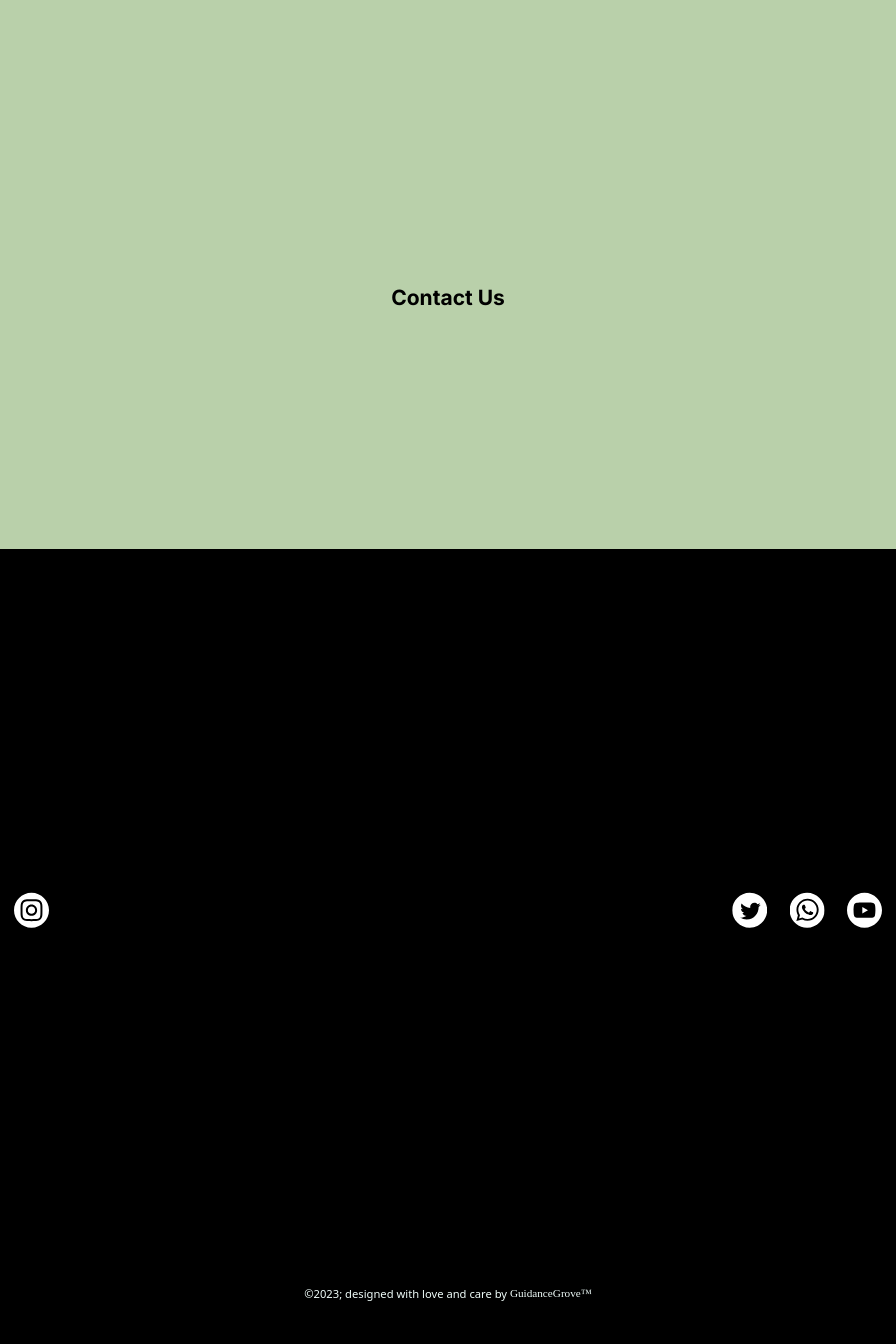
Repository: PositiveGuy/GuidanceGrove
Page: /
These files come from the project's save history. The page is drawn as it stood at one moment and after the next save; the edit follows.
The browser window is 1280 px wide. The pictures show the part of the page from y = 2816 to 4736 px (the page is 4736 px tall before and 3834 px after), at 70% of full size.
The project was rebuilt for these pictures with package versions that can differ from the ones it lists, and the page was loaded fresh each time. The framework's server and built-in components were replaced by stand-ins that run in the browser. Also part of the build but not shown: next.config.js.

Above is the page before, as saved 2023-12-28 12:01:27.

### src/app/layout.tsx
import React from 'react';
import Header from '../components/header';
import Footer from '../components/footer';
import { Inter } from 'next/font/google';
import './globals.css';
import { ThemeContextProvider } from '@/context/ThemeContext';
import ThemeProvider from '@/providers/ThemeProvider';
import ThemeWrapper from '@/components/ThemeWrapper';

//font
const inter = Inter({ subsets: ['latin'] });



//header and footer layout
const RootLayout = ({ children }: { children: React.ReactNode }) => {
  return (
    <html lang='en'>
      <body>
        <ThemeContextProvider>
          <ThemeProvider>
            <Header />
            <ThemeWrapper>
              <main className={inter.className}>{children}</main>
            </ThemeWrapper>
            <Footer />
          </ThemeProvider>
        </ThemeContextProvider>
      </body>
    </html>
  );
};

export default RootLayout;

### src/app/page.tsx
import React from 'react';
//components import
import BelieveSection from '../components/BelieveSection';
import ServicesSection from '../components/ServicesSection';
import TestimonialsSection from '../components/TestimonialsSection';
import CallToActionSection from '../components/CallToActionSection';
import ContactSection from '../components/ContactSection';


//page layout
const Page = () => {
  return (
    <>
      <BelieveSection />
      <ServicesSection />
      <TestimonialsSection />
      <CallToActionSection />
      <ContactSection />
    </>
  );
};

export default Page;

### src/components/header.tsx
"use client"
import ThemeToggle from "./ThemeToggle";


const Header = () => {
  return (
    <nav className="fixed z-50 w-full flex justify-between items-center p-5 bg-black">
      {/* Left Side: Logo and GuidanceGrove™ */}
      <div className="flex items-center space-x-3">
        <img src="/Logo/guidance-grove-logo.png" alt="Guidance Grove Logo" className="h-12 w-12 rounded-full" />
        <div className="text-xl font-caveat font-bold text-white">
          GuidanceGrove™
        </div>
      </div>

      {/* Center: Navigation Links */}
      <div>
        <ul className="flex space-x-4">
          <li><a href="/" className="text-neutral-400 hover:text-white">Home</a></li>
          <li><a href="/about" className="text-neutral-400 hover:text-white">About</a></li>
          <li><a href="/services" className="text-neutral-400 hover:text-white">Services</a></li>
          <li><a href="/contact" className="text-neutral-400 hover:text-white">Contact</a></li>
        </ul>
      </div>

      {/* Right Side: Placeholders for Language, Search, and Dark Mode Toggle */}
      <div className="flex items-center space-x-3">
        <div className="text-white">Language</div>
        <div className="text-white">Search</div>
        <ThemeToggle />
      </div>
    </nav>
  );
};

export default Header;

### src/components/footer.tsx
"use client"
import { ThemeContext } from "@/context/ThemeContext";
import Image from "next/image";
import { useContext } from "react";
import Fb from "../../public/SVGs/fb";

const Footer = () => {
  const { theme } = useContext(ThemeContext)
  return (
    <footer className={`p-5 bg-black shadow-inner text-center  `}>
      <div className={`flex justify-center space-x-8 mt-10 `}>
        {/* Placeholder for social icons */}
        <Image src={"/SVGs/ig.svg"} width={50} height={50} alt="ig"></Image>
        <Fb />
        <Image src={"/SVGs/tw.svg"} width={50} height={50} alt="tw"></Image>
        <Image src={"/SVGs/wa.svg"} width={50} height={50} alt="wa"></Image>
        <Image src={"/SVGs/yt.svg"} width={50} height={50} alt="in"></Image>
      </div>

      <div className="flex justify-center space-x-1 mb-10 text-teal-50">
        <div className="mt-20">
          ©2023; designed with love and care by
        </div>
        <div className="mt-20 font-caveat">
          GuidanceGrove™
        </div>
      </div>
    </footer>
  );
};
//make GuidanceGrove in font Caveat
export default Footer;

### src/app/globals.css
@tailwind base;
@tailwind components;
@tailwind utilities;

:root {
  --foreground-rgb: 0, 0, 0;
  --background-start-rgb: 214, 219, 220;
  --background-end-rgb: 255, 255, 255;
}

@media (prefers-color-scheme: dark) {
  :root {
    --foreground-rgb: 255, 255, 255;
    --background-start-rgb: 0, 0, 0;
    --background-end-rgb: 0, 0, 0;
  }
}

body {
  color: rgb(var(--foreground-rgb));
  background: linear-gradient(
      to bottom,
      transparent,
      rgb(var(--background-end-rgb))
    )
    rgb(var(--background-start-rgb));
}

.custom-shadow {
    box-shadow: 0 2px 4px rgba(0, 0, 0, 0.2);
}

### src/context/ThemeContext.tsx
"use client"
import { createContext, useState, ReactNode, useEffect } from "react"

interface ChildrenProps {
    children: ReactNode
}

interface ThemeContextType {
    theme: string
    toggle: () => void
}

// This component is responsible to registering and remembering what theme was chosen by the user
// we use local storage for that
export const ThemeContext = createContext<ThemeContextType>({
    theme: "light",
    toggle: () => { },
})

function getFromLocalStorage() {
    if (typeof window === "undefined") {
        return "light";
    }
    const storedTheme = localStorage.getItem("theme");
    console.log("Initial theme from localStorage:", storedTheme); // Debug log
    return storedTheme || "light";
}


export const ThemeContextProvider = ({ children }: ChildrenProps) => {
    const [theme, setTheme] = useState<string>(getFromLocalStorage)

    // since next.js uses server side rendering, we must specify if the transition to client is completed
    const toggle = () => {
        setTheme(prevTheme => prevTheme === "light" ? "dark" : "light");
    };



    useEffect(() => {
        console.log("Updating theme in localStorage to:", theme); // Debug log
        localStorage.setItem("theme", theme);
    }, [theme]);



    return <ThemeContext.Provider value={{ theme, toggle }}>{children}</ThemeContext.Provider>
}

### src/providers/ThemeProvider.tsx
"use client"

import { ThemeContext } from "@/context/ThemeContext"
import { useState, useEffect, useContext, ReactNode } from "react"


interface ChildrenProps {
    children: ReactNode
}

// this component is created to keep the layout/page as server side rendered.
// useContext() requires you to have "use client"

export default function ThemeProvider({ children }: ChildrenProps) {
    const { theme } = useContext(ThemeContext)
    const [mounted, setMounted] = useState(false)

    useEffect(() => {
        setMounted(true)
    }, [])

    if (mounted) {
        return <div className={theme}>{children}</div>
    }
    return <div className={theme}>{children}</div>
}

### src/components/ThemeWrapper.tsx
"use client"
import React, { useContext } from 'react';
import { ThemeContext } from '@/context/ThemeContext';

const ThemeWrapper = ({ children }: { children: React.ReactNode }) => {
    const { theme } = useContext(ThemeContext);

    return (
        <div className={`${theme === "light" ? " bg-sage text-black" : "bg-gray-700 text-slate-400"}`}>
            {children}
        </div>
    );
};

export default ThemeWrapper;

### src/components/BelieveSection.tsx
"use client"
import { ThemeContext } from "@/context/ThemeContext";
import { useContext } from "react";

const BelieveSection = () => {
  const { theme } = useContext(ThemeContext)
  return (
    <div id="believe" className={`h-screen flex items-center justify-center`}>
      <div className="text-center">
        <h2 className="text-3xl font-bold">What We Believe</h2>
        <p className="mt-4">At Guidance Grove, we are dedicated to illuminating the path of learning for every student.
          We believe that education is a journey best navigated with support, understanding, and personalized guidance.
          Our mission is to provide a nurturing environment where learners of all ages and backgrounds
          can discover their potential, overcome challenges, and achieve their academic goals.
          Through a combination of expert tutoring, mentorship, and a commitment to individual growth,
          we strive to empower students to take confident steps towards their future,
          fostering lifelong learners who are equipped to navigate the world with knowledge and curiosity.</p>
      </div>
    </div>
  );
};

export default BelieveSection;

### src/components/ServicesSection.tsx
"use client"
import { ThemeContext } from "@/context/ThemeContext";
import { useContext } from "react";

const ServicesSection = () => {
  const { theme } = useContext(ThemeContext)
  return (
    <div id="services" className={`h-screen flex items-center justify-center  `}>
      <div className="text-center">
        <h2 className="text-3xl font-bold">What We Do</h2>
        {/* Add service details here */}
      </div>
    </div>
  );
};

export default ServicesSection;

### src/components/TestimonialsSection.tsx
"use client"
import { ThemeContext } from "@/context/ThemeContext";
import { useContext } from "react";

const TestimonialsSection = () => {
  const { theme } = useContext(ThemeContext)
  return (
    <div id="testimonials" className={`h-screen flex items-center justify-center   `}>
      <div className="text-center">
        <h2 className="text-3xl font-bold">What People Say</h2>
        {/* Add testimonials here */}
      </div>
    </div>
  );
};

export default TestimonialsSection;

### src/components/CallToActionSection.tsx
"use client"
import { ThemeContext } from "@/context/ThemeContext";
import { useContext } from "react";

const CallToActionSection = () => {
  const { theme } = useContext(ThemeContext)
  return (
    <div id="cta" className={`h-screen flex items-center justify-center  `}>
      <div className="container mx-auto px-4 sm:px-6 lg:px-8">
        <div className="flex flex-wrap -mx-4 items-center">
          <div className="text-left lg:w-1/2 px-4 mb-4 lg:mb-0">
            <h2 className="text-5xl font-bold">Payments tool for software companies</h2>
            <p className="mt-2 text-lg">From checkout to global sales tax compliance, companies around the world use Flowbite to simplify their payment stack.</p>
            <button className="mt-4 bg-blue-500 text-white py-2 px-4 rounded hover:bg-blue-700">
              Get started ➤
            </button>
          </div>
          <div className="lg:w-1/2 px-4 flex justify-center lg:justify-end">
            <img src="DALLE/career.png" alt="Software Payment Tool" className="object-contain lg:object-cover h-80 w-full lg:w-auto rounded-lg shadow-lg" />
          </div>
        </div>
      </div>
    </div>
  );
};

export default CallToActionSection;

### src/components/ContactSection.tsx
"use client"
import { ThemeContext } from "@/context/ThemeContext";
import { useContext } from "react";

const ContactSection = () => {
  const { theme } = useContext(ThemeContext)
  return (
    <div id="contact" className={`h-screen flex items-center justify-center  `}>
      <div className="text-center">
        <h2 className="text-3xl font-bold">Contact Us</h2>
        {/* Add contact form or information here */}
      </div>
    </div>
  );
};

export default ContactSection;

### src/components/ThemeToggle.tsx
"use client"
import { useContext } from 'react'
import { Switch } from '@headlessui/react'
import { ThemeContext } from '@/context/ThemeContext'

export default function Example() {
    const { toggle, theme } = useContext(ThemeContext)

    // Determine if the switch should be on or off based on the current theme
    const isDarkMode = theme === 'dark'

    return (
        <div className="flex items-center justify-center p-6"> {/* Adjusted for centering */}
            <Switch
                checked={isDarkMode}
                onChange={toggle} // Use the toggle function from context
                className={`${isDarkMode ? 'bg-teal-900' : 'bg-teal-700'}
                    relative inline-flex items-center h-6 rounded-full w-11 transition-colors focus:outline-none`}
            >
                <span className="sr-only">Toggle theme</span>
                <span
                    aria-hidden="true"
                    className={`${isDarkMode ? 'translate-x-6' : 'translate-x-1'}
                        inline-block w-4 h-4 transform bg-white rounded-full transition-transform`}
                />
            </Switch>
        </div>
    )
}

### public/SVGs/fb.tsx
import { useContext } from 'react';
import { ThemeContext } from '@/context/ThemeContext'; // Adjust the import path as needed

const MySVG = () => {
  const { theme } = useContext(ThemeContext);

  return (
    <svg
      className={theme === 'dark' ? 'filter invert' : ''}
      height="100%"
      style={{ fillRule: 'evenodd', clipRule: 'evenodd', strokeLinejoin: 'round', strokeMiterlimit: 2 }}
      version="1.1"
      viewBox="0 0 512 512"
      width="100%"
      xmlns="http://www.w3.org/2000/svg"
    >
      <path
        d="M512,257.555c0,-141.385 -114.615,-256 -256,-256c-141.385,0 -256,114.615 -256,256c0,127.777 93.616,233.685 216,252.89l0,-178.89l-65,0l0,-74l65,0l0,-56.4c0,-64.16 38.219,-99.6 96.695,-99.6c28.009,0 57.305,5 57.305,5l0,63l-32.281,0c-31.801,0 -41.719,19.733 -41.719,39.978l0,48.022l71,0l-11.35,74l-59.65,0l0,178.89c122.385,-19.205 216,-125.113 216,-252.89Z"
        style={{ fill: 'currentColor' }}
      />
    </svg>
  );
};

export default MySVG;

### tailwind.config.ts
import type { Config } from 'tailwindcss'

const config: Config = {
  content: [
    './src/pages/**/*.{js,ts,jsx,tsx,mdx}',
    './src/components/**/*.{js,ts,jsx,tsx,mdx}',
    './src/app/**/*.{js,ts,jsx,tsx,mdx}',
  ],
  theme: {
    extend: {
      backgroundImage: {
        'gradient-radial': 'radial-gradient(var(--tw-gradient-stops))',
        'gradient-conic':
          'conic-gradient(from 180deg at 50% 50%, var(--tw-gradient-stops))',

      },
      colors: {
        sage: '#B9D0AA',
      },

      fontFamily: {
        caveat: ['Caveat', 'cursive'],
      },

    },

  },
  plugins: [],
}
export default config

After the next save:
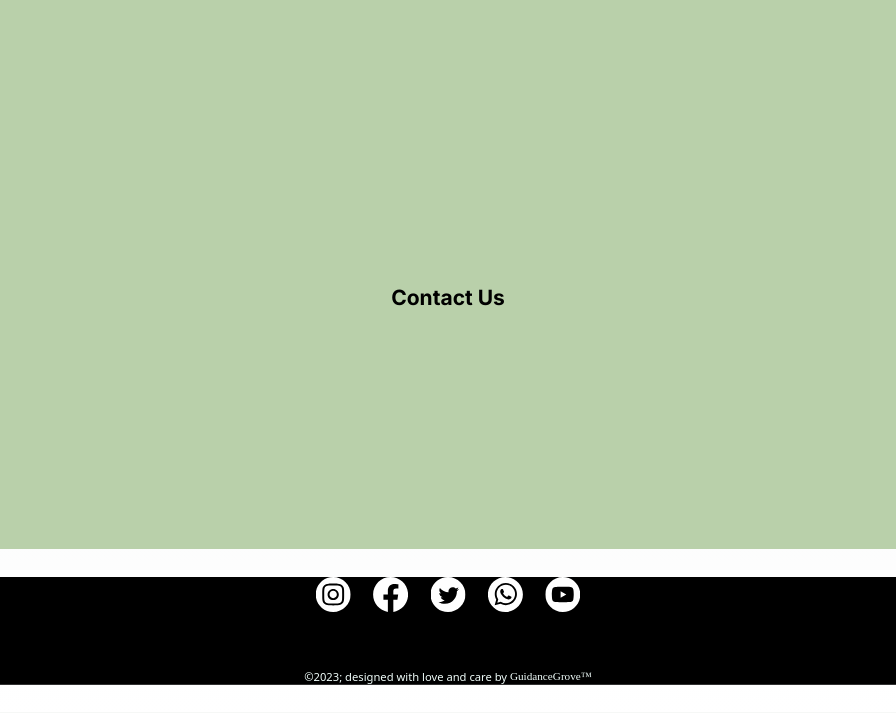
Saved 19 s later.
--- a/src/components/footer.tsx
+++ b/src/components/footer.tsx
@@ -2,16 +2,15 @@
 import { ThemeContext } from "@/context/ThemeContext";
 import Image from "next/image";
 import { useContext } from "react";
-import Fb from "../../public/SVGs/fb";
 
 const Footer = () => {
   const { theme } = useContext(ThemeContext)
   return (
-    <footer className={`p-5 bg-black shadow-inner text-center  `}>
-      <div className={`flex justify-center space-x-8 mt-10 `}>
+    <footer className={`"p-5 bg-black shadow-inner text-center ${theme === "light" ? "text-black" : "text-slate-400"}"`}>
+      <div className="flex justify-center space-x-8 mt-10 ">
         {/* Placeholder for social icons */}
         <Image src={"/SVGs/ig.svg"} width={50} height={50} alt="ig"></Image>
-        <Fb />
+        <Image src={"/SVGs/fb.svg"} width={50} height={50} alt="fb"></Image>
         <Image src={"/SVGs/tw.svg"} width={50} height={50} alt="tw"></Image>
         <Image src={"/SVGs/wa.svg"} width={50} height={50} alt="wa"></Image>
         <Image src={"/SVGs/yt.svg"} width={50} height={50} alt="in"></Image>
